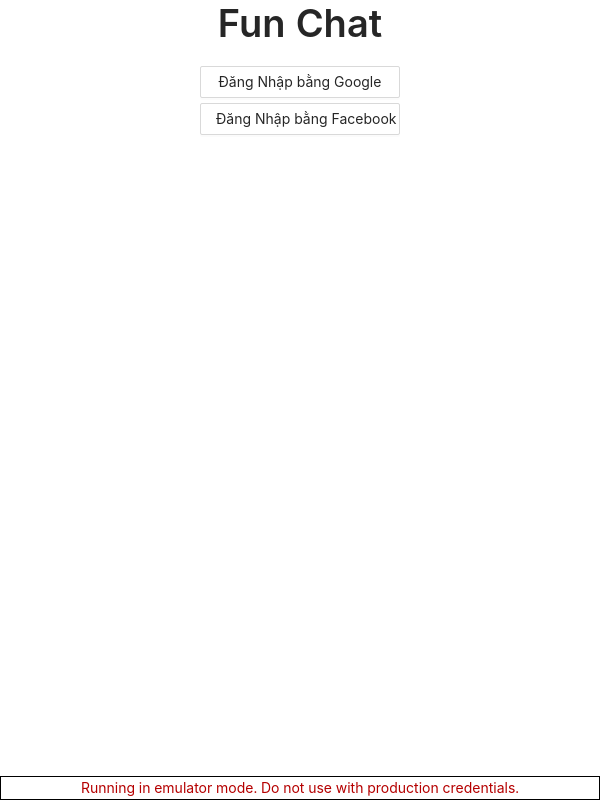
Repository: vandat598/chatapp
Page: /
The author's editor kept a copy of each file at every save. The page is drawn from the files as they stood at one save, then again after the next save.
The browser window is 600 px wide. The pictures show the whole page.
The project was rebuilt for these pictures with package versions that can differ from the ones it lists, and the page was loaded fresh each time. Also part of the build but not shown: src/components/Login-signup-component/Signup.js, src/components/ChatRoom/Userinfo.scss, src/components/ChatRoom/UserInfo.js, src/components/ChatRoom/RoomList.scss, src/components/ChatRoom/RoomList.js, src/components/ChatRoom/Sidebar.scss, src/components/ChatRoom/Sidebar.js, src/components/ChatRoom/ChatWindow.scss and 4 more.

Above is the page before, as saved 2022-06-21 17:28:23.

### src/index.css
@import '~antd/dist/antd.css';

body {
    margin: 0;
    font-family: -apple-system, BlinkMacSystemFont, 'Segoe UI', 'Roboto',
        'Oxygen', 'Ubuntu', 'Cantarell', 'Fira Sans', 'Droid Sans',
        'Helvetica Neue', sans-serif;
    -webkit-font-smoothing: antialiased;
    -moz-osx-font-smoothing: grayscale;
}

code {
    font-family: source-code-pro, Menlo, Monaco, Consolas, 'Courier New',
        monospace;
}

### src/App.js
import { BrowserRouter, Routes, Route } from 'react-router-dom';

import Login from './components/Login-signup-component/Login.js';
import Signup from './components/Login-signup-component/Signup.js';
import ChatRoom from './components/ChatRoom/';
import AuthProvider from './Context/AuthProvider.js';
import AppProvider from './Context/AppProvider.js';
import AddRoomModal from './components/Modals/AddRoomModal.js';
import InviteMemberModal from './components/Modals/InviteMemberModal.js';

function App() {
    return (
        <BrowserRouter>
            <AuthProvider>
                <AppProvider>
                    <Routes>
                        <Route path="/login" element={<Login />} />
                        {/* <Route path="/signup" element={<Signup />} /> */}
                        <Route path="/" element={<ChatRoom />} />
                    </Routes>
                    <AddRoomModal />
                    <InviteMemberModal />
                </AppProvider>
            </AuthProvider>
        </BrowserRouter>
    );
}

export default App;

### src/components/Login-signup-component/Login.js
import React from 'react';
import { Row, Col, Typography, Button } from 'antd';
import {
    GoogleAuthProvider,
    FacebookAuthProvider,
    signInWithPopup,
} from 'firebase/auth';

import { auth } from '../../firebase/firebaseConfig.js';
import { addDocument, generateKeywords } from '../../firebase/services.js';

const { Title } = Typography;

const fbProvider = new FacebookAuthProvider();
const GgProvider = new GoogleAuthProvider();

function Login() {
    const handleFbLogin = async () => {
        const { _tokenResponse, user } = await signInWithPopup(
            auth,
            fbProvider
        );

        if (_tokenResponse.isNewUser) {
            addDocument('users', {
                displayName: user.displayName,
                email: user.email,
                photoURL: user.photoURL,
                uid: user.uid,
                providerId: _tokenResponse.providerId,
                keywords: generateKeywords(user.displayName),
            });
        }
    };

    const handleGgLogin = () => {
        signInWithPopup(auth, GgProvider);
    };

    return (
        <React.Fragment>
            <Row justify="center" style={{ height: 800 }}>
                <Col span={8}>
                    <Title style={{ textAlign: 'center' }}>Fun Chat</Title>
                    <Button
                        style={{ width: '100%', marginBottom: 5 }}
                        onClick={handleGgLogin}
                    >
                        Đăng Nhập bằng Google
                    </Button>
                    <Button style={{ width: '100%' }} onClick={handleFbLogin}>
                        Đăng Nhập bằng Facebook
                    </Button>
                </Col>
            </Row>
        </React.Fragment>
    );
}

export default Login;

### src/Context/AuthProvider.js
import { useNavigate } from 'react-router-dom';
import { onAuthStateChanged } from 'firebase/auth';
import { useEffect, createContext } from 'react';
import { useState } from 'react';
import { Spin } from 'antd';

import { auth } from '../firebase/firebaseConfig.js';

const AuthContext = createContext();

function AuthProvider({ children }) {
    const [user, setUser] = useState({});
    const navigate = useNavigate();
    const [isLoading, setIsLoading] = useState(true);
    const [nameUser, setNameUser] = useState();

    useEffect(() => {
        const unsubcribe = onAuthStateChanged(auth, user => {
            if (user) {
                const { displayName, email, uid, photoURL } = user;
                setUser({ displayName, email, uid, photoURL });
                setIsLoading(false);
                navigate('/', { replace: user });
                setNameUser(displayName);
            } else {
                navigate('/login', { replace: user });
                setIsLoading(false);
            }
        });

        // clean fc
        return () => {
            unsubcribe();
        };
    }, [navigate]);

    return (
        <AuthContext.Provider value={{ user, nameUser }}>
            {isLoading ? <Spin /> : children}
        </AuthContext.Provider>
    );
}

export { AuthContext };
export default AuthProvider;

### src/Context/AppProvider.js
import { createContext, useState } from 'react';
import { useContext, useMemo } from 'react';

import useFirestore from '../hooks/useFirestore.js';
import { AuthContext } from './AuthProvider.js';

const AppContext = createContext();

function AppProvider({ children }) {
    const [isAddRoomVisible, setIsAddRoomVisible] = useState(false);
    const [isInviteMemberVisible, setIsInviteMemberVisible] = useState(false);
    const [selectedRoomId, setSelectedRoomId] = useState('');

    const {
        user: { uid },
    } = useContext(AuthContext);

    const roomsCondition = useMemo(() => {
        return {
            fieldName: 'members',
            operator: 'array-contains',
            compareValue: uid,
        };
    }, [uid]);

    const rooms = useFirestore('rooms', roomsCondition);

    const selectedRoom = useMemo(
        () => rooms.find(room => room.id === selectedRoomId) || {},
        [rooms, selectedRoomId]
    );

    const usersCondition = useMemo(() => {
        return {
            fieldName: 'uid',
            operator: 'in',
            compareValue: selectedRoom.members,
        };
    }, [selectedRoom.members]);

    const members = useFirestore('users', usersCondition);

    return (
        <AppContext.Provider
            value={{
                rooms,
                members,
                selectedRoom,
                isAddRoomVisible,
                setIsAddRoomVisible,
                selectedRoomId,
                setSelectedRoomId,
                isInviteMemberVisible,
                setIsInviteMemberVisible,
            }}
        >
            {children}
        </AppContext.Provider>
    );
}

export { AppContext };
export default AppProvider;

### src/components/Modals/AddRoomModal.js
import { Modal, Form, Input } from 'antd';
import { useContext } from 'react';
import { AppContext } from '../../Context/AppProvider.js';
import { AuthContext } from '../../Context/AuthProvider.js';
import { addDocument } from '../../firebase/services.js';

function AddRoomModal() {
    const { isAddRoomVisible, setIsAddRoomVisible } = useContext(AppContext);
    const {
        user: { uid },
    } = useContext(AuthContext);
    const [form] = Form.useForm();

    const handleOk = () => {
        addDocument('rooms', { ...form.getFieldValue(), members: [uid] });

        form.resetFields();

        setIsAddRoomVisible(false);
    };

    const handleCancel = () => {
        setIsAddRoomVisible(false);
        form.resetFields();
    };

    return (
        <div>
            <Modal
                title="Tạo phòng"
                visible={isAddRoomVisible}
                onOk={handleOk}
                onCancel={handleCancel}
            >
                <Form form={form} layout="vertical">
                    <Form.Item label="Tên Phòng" name="name">
                        <Input placeholder="Nhập tên phòng" />
                    </Form.Item>
                    <Form.Item label="Mô tả" name="description">
                        <Input.TextArea placeholder="Nhập mô tả" />
                    </Form.Item>
                </Form>
            </Modal>
        </div>
    );
}

export default AddRoomModal;

### src/components/Modals/InviteMemberModal.js
import { Modal, Form, Select, Spin, Avatar } from 'antd';
import { debounce } from 'lodash';
import { useContext, useState, useMemo } from 'react';
import {
    query,
    where,
    collection,
    orderBy,
    limit,
    getDocs,
    updateDoc,
    doc,
} from 'firebase/firestore';

import { AppContext } from '../../Context/AppProvider.js';
import { db } from '../../firebase/firebaseConfig.js';

// sẽ chỉ gọi API sau 300ms, giúp cải thiện performance
function DebounceSelect({ fetchOptions, debounceTimeout = 300, ...props }) {
    const [fetching, setFetching] = useState(false);
    const [options, setOptions] = useState([]);

    const debounceFetcher = useMemo(() => {
        const loadOptions = value => {
            setOptions([]);
            setFetching(true);

            fetchOptions(value, props.curmembers).then(newOptions => {
                setOptions(newOptions);
                setFetching(false);
            });
        };

        return debounce(loadOptions, debounceTimeout);
    }, [fetchOptions, debounceTimeout, props.curmembers]);

    return (
        <Select
            labelInValue
            filterOption={false}
            onSearch={debounceFetcher}
            notFoundContent={fetching ? <Spin size="small" /> : null}
            {...props}
        >
            {options.map((opt, index) => {
                return (
                    <Select.Option
                        key={index}
                        value={opt.value}
                        title={opt.label}
                    >
                        <Avatar size="small" src={opt.photoURL}>
                            {opt.photoURL
                                ? ''
                                : opt.label?.charAt(0).toUpperCase()}
                        </Avatar>
                        {` ${opt.label}`}
                    </Select.Option>
                );
            })}
        </Select>
    );
}

async function fetchUserList(search, curmembers) {
    const querySearch = query(
        collection(db, 'users'),
        where('keywords', 'array-contains', search),
        orderBy('displayName'),
        limit(20)
    );
    console.log(querySearch);
    const resultSearch = getDocs(querySearch).then(snapshot => {
        console.log({ docs: snapshot.docs[0].data() });
        return snapshot.docs
            .map(doc => ({
                label: doc.data().displayName,
                value: doc.data().uid,
                photoURL: doc.data().photoURL,
            }))
            .filter(opt => !curmembers.includes(opt.value));
    });
    return resultSearch;
}

// Invite Members ----------------------------------------------------------------------
function InviteMemberModal() {
    const {
        isInviteMemberVisible,
        setIsInviteMemberVisible,
        selectedRoomId,
        selectedRoom,
    } = useContext(AppContext);
    const [value, setValue] = useState([]);

    const [form] = Form.useForm();

    const handleOk = () => {
        form.resetFields();

        updateDoc(doc(db, 'rooms', selectedRoomId), {
            members: [...selectedRoom.members, ...value.map(val => val.value)],
        });

        setIsInviteMemberVisible(false);
    };

    const handleCancel = () => {
        form.resetFields();
        setIsInviteMemberVisible(false);
    };

    return (
        <div>
            <Modal
                title="Mời thành viên"
                visible={isInviteMemberVisible}
                onOk={handleOk}
                onCancel={handleCancel}
            >
                <Form form={form} layout="vertical">
                    <DebounceSelect
                        mode="multiple"
                        label="Tên thành viên"
                        value={value}
                        placeholder="Nhập tên thành viên"
                        fetchOptions={fetchUserList}
                        onChange={newValue => setValue(newValue)}
                        style={{ width: '100%' }}
                        curmembers={selectedRoom.members}
                    />
                </Form>
            </Modal>
        </div>
    );
}

export default InviteMemberModal;

### src/firebase/firebaseConfig.js
import { initializeApp } from 'firebase/app';

import { getAuth, connectAuthEmulator } from 'firebase/auth';
import { getStorage } from 'firebase/storage';
import { getFirestore, connectFirestoreEmulator } from 'firebase/firestore';

const firebaseConfig = {
    apiKey: 'AIzaSyDkFpCsCI9zAK0PTY3kin1-CxUbkAfzAy4',
    authDomain: 'chat-app-tvd.firebaseapp.com',
    projectId: 'chat-app-tvd',
    storageBucket: 'chat-app-tvd.appspot.com',
    messagingSenderId: '521751486245',
    appId: '1:521751486245:web:266af1b075aec63bed04cc',
    measurementId: 'G-JLRMKNDBGV',
};

const app = initializeApp(firebaseConfig);

const auth = getAuth(app);
const storage = getStorage(app);
const db = getFirestore(app);

// run on firebase Emulators
connectAuthEmulator(auth, 'http://localhost:9099');
if (window.location.hostname === 'localhost') {
    connectFirestoreEmulator(db, 'localhost', 8080);
}

export { auth, storage, db };

### src/firebase/services.js
import { serverTimestamp } from 'firebase/firestore';
import { collection, addDoc } from 'firebase/firestore';

import { db } from './firebaseConfig.js';

const addDocument = (document, data) => {
    const query = {
        ...data,
        createdAt: serverTimestamp(),
    };

    addDoc(collection(db, document), query);
};

// -------------------------------------------
// Giải thuật tìm kiếm tên thành viên
const generateKeywords = displayName => {
    // liet ke tat cac hoan vi. vd: name = ["David", "Van", "Teo"]
    // => ["David", "Van", "Teo"], ["David", "Teo", "Van"], ["Teo", "David", "Van"],...
    const name = displayName.split(' ').filter(word => word);

    const length = name.length;
    let flagArray = [];
    let result = [];
    let stringArray = [];

    /**
     * khoi tao mang flag false
     * dung de danh dau xem gia tri
     * tai vi tri nay da duoc su dung
     * hay chua
     **/
    for (let i = 0; i < length; i++) {
        flagArray[i] = false;
    }

    const createKeywords = name => {
        const arrName = [];
        let curName = '';
        name.split('').forEach(letter => {
            curName += letter;
            arrName.push(curName);
        });
        return arrName;
    };

    function findPermutation(k) {
        for (let i = 0; i < length; i++) {
            if (!flagArray[i]) {
                flagArray[i] = true;
                result[k] = name[i];

                if (k === length - 1) {
                    stringArray.push(result.join(' '));
                }

                findPermutation(k + 1);
                flagArray[i] = false;
            }
        }
    }

    findPermutation(0);

    const keywords = stringArray.reduce((acc, cur) => {
        const words = createKeywords(cur);
        return [...acc, ...words];
    }, []);

    return keywords;
};

export { addDocument, generateKeywords };

### src/hooks/useFirestore.js
import { useEffect, useState } from 'react';
import {
    collection,
    onSnapshot,
    orderBy,
    query,
    where,
} from 'firebase/firestore';

import { db } from '../firebase/firebaseConfig.js';

const useFirestore = (collec, condition) => {
    const [documents, setDocuments] = useState([]);

    useEffect(() => {
        if (condition) {
            if (!condition.compareValue || !condition.compareValue.length) {
                return;
            }
            var w = where(
                condition.fieldName,
                condition.operator,
                condition.compareValue
            );
        }

        const q = query(collection(db, collec), w, orderBy('createdAt'));

        const unsubscribe = onSnapshot(q, snapshot => {
            const documents = snapshot.docs.map(doc => ({
                ...doc.data(),
                id: doc.id,
            }));

            setDocuments(documents);
        });

        return unsubscribe;
    }, [collec, condition]);

    return documents;
};

export default useFirestore;

### src/components/ChatRoom/index.scss
@media (max-width: 739px) {
    .ant-col-6 {
        max-width: 11%;

        .sidebar {
            .ant-col-24 {
                display: none;
            }
            .user_info {
                display: block;
                .ant-avatar {
                    display: block;
                    margin-left: -10px;
                }
                .ant-btn {
                    display: none;
                }
                .username {
                    display: none;
                }
            }

            .mobile_menu {
                display: block;
            }
        }
    }

    .ant-col-18 {
        max-width: 89%;
    }

    .col_sidebar {
        max-width: 100%;
        .sidebar {
            .ant-col-24 {
                display: block;
            }
            .user_info {
                .ant-btn {
                    display: block;
                }
                .username {
                    display: block;
                }
            }
        }
    }

    // .col_chatWindow {
    //     max-width: 11%;
    // }
}

Loaded but not shown: public/index.html (common file); src/index.js (common file); src/reportWebVitals.js (common file)

After the next save:
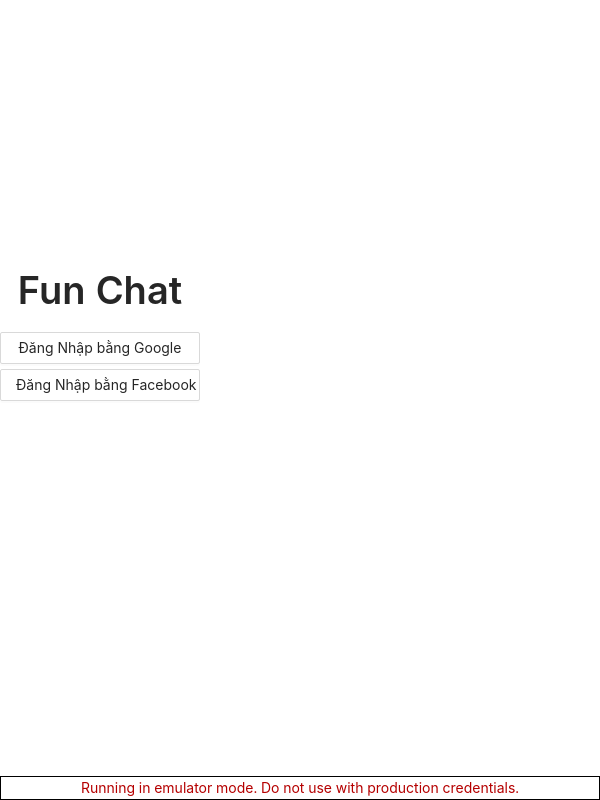
Saved 2 min 41 s later.
--- a/src/components/ChatRoom/index.scss
+++ b/src/components/ChatRoom/index.scss
@@ -1,4 +1,8 @@
 @media (max-width: 739px) {
+    .ant-row {
+        flex-flow: column wrap;
+    }
+
     .ant-col-6 {
         max-width: 11%;
 

After the save that followed:
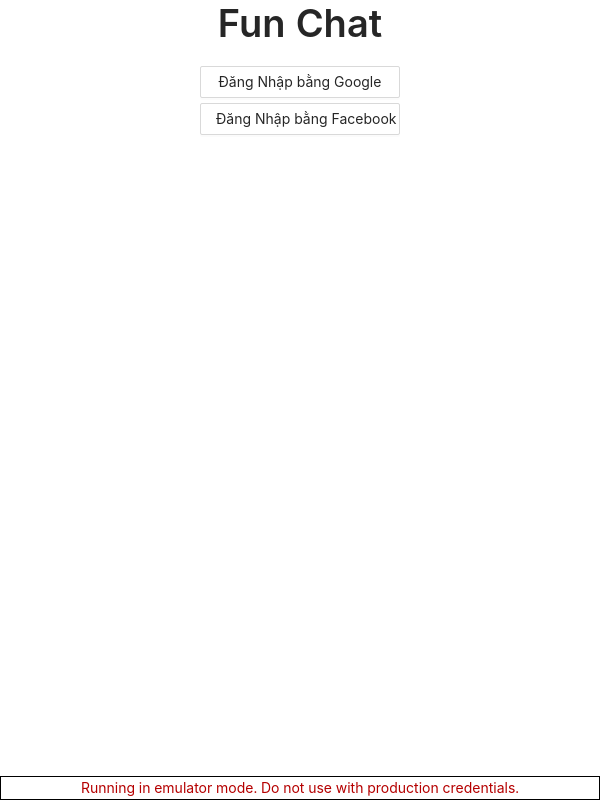
Saved 94 s later.
--- a/src/components/ChatRoom/index.scss
+++ b/src/components/ChatRoom/index.scss
@@ -1,5 +1,5 @@
 @media (max-width: 739px) {
-    .ant-row {
+    .mobile__menu {
         flex-flow: column wrap;
     }
 
@@ -24,7 +24,7 @@
                 }
             }
 
-            .mobile_menu {
+            .btn_mobile_menu {
                 display: block;
             }
         }
